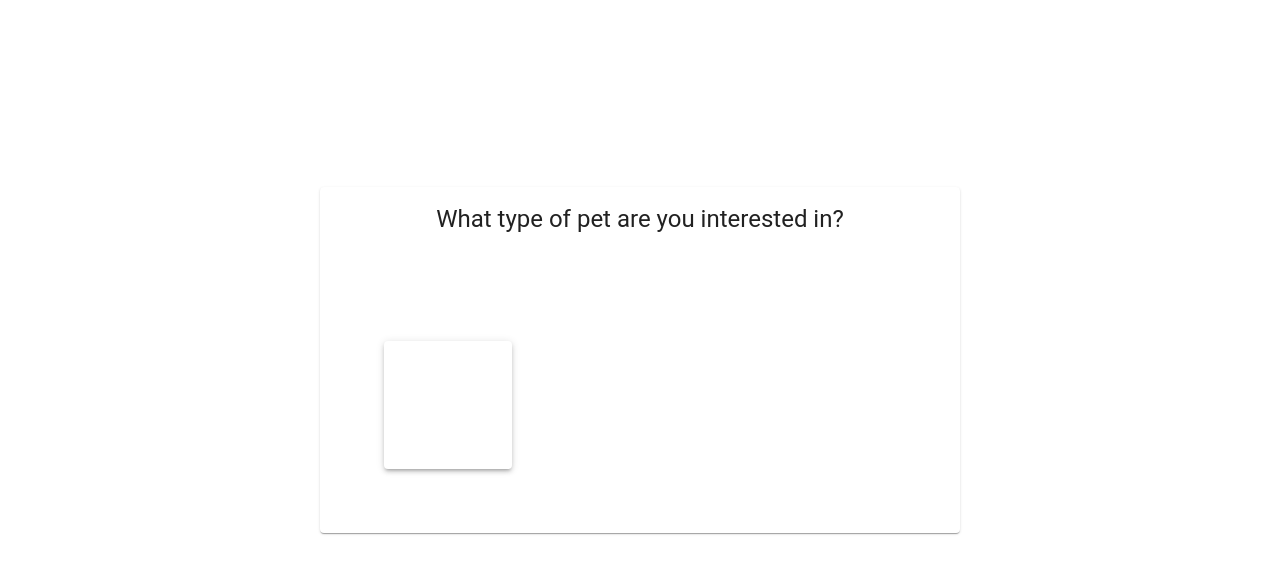
Repository: watthananick1/petstory
Page: /
The author's editor kept a copy of each file at every save. The page is drawn from the files as they stood at one save, then again after a run of saves.
The browser window is 1280 px wide. The pictures show the whole page.
The project was rebuilt for these pictures with package versions that can differ from the ones it lists, and the page was loaded fresh each time.

Above is the page before, as saved 2023-03-25 14:27:48.

### src/index.tsx
import React from 'react';
import ReactDOM from 'react-dom/client';
import './index.css';
import App from './App';
import reportWebVitals from './reportWebVitals';
import { BrowserRouter } from 'react-router-dom';

const root = ReactDOM.createRoot(document.getElementById('root') as HTMLElement);
root.render(
    <React.StrictMode>
        <BrowserRouter>
            <App />
        </BrowserRouter>
    </React.StrictMode>
);

// If you want to start measuring performance in your app, pass a function
// to log results (for example: reportWebVitals(console.log))
// or send to an analytics endpoint. Learn more: https://bit.ly/CRA-vitals
reportWebVitals();

### src/App.tsx
import logo from './assets/logo.svg';
import styles from './App.module.scss';
import { Menu } from './components/menu/menu';
import { Container } from './components/container/container';
import { Navbar } from './components/navbar/navbar';
import { Posts } from './components/posts/posts';
import Login from './components/login/login';
import SignUp from './components/sign-up/sign-up';
import CardTypePet from './components/card-type-pet/card-type-pet';
import { Route, Routes } from 'react-router';

function App() {
    return (
        // <div className={styles.App}>
        //     <Navbar />
        //     <Menu />
        //     <Container />
        //     <Posts />
        // </div>
        <div>
            <Routes>
                {/* <Route id="login" path="/" element={<Login />} />
                <Route id="signUp" path="/signUp" element={<SignUp />} /> */}
                {/* <Route path="/home" element={<Home />} /> */}
                <Route path="/" element={<CardTypePet />} />
            </Routes>
        </div>
    );
}

export default App;

### src/components/card-type-pet/card-type-pet.tsx
import * as React from 'react';
import { styled } from '@mui/material/styles';
import Box from '@mui/material/Box';
import ButtonBase from '@mui/material/ButtonBase';
import Typography from '@mui/material/Typography';
import { Card, CardContent, Paper } from '@mui/material';

const images = [
    {
        url: 'https://firebasestorage.googleapis.com/v0/b/pet-story-f51e3.appspot.com/o/mainData%2FimgTypePet%2Fcat.jpg?alt=media&token=758765ef-8887-4d21-88d9-0f803717e977',
        title: 'Cat',
        width: '30%',
    },
    {
        url: '/static/images/buttons/burgers.jpg',
        title: 'Burgers',
        width: '30%',
    },
    {
        url: '/static/images/buttons/camera.jpg',
        title: 'Camera',
        width: '30%',
    },
];

const ImageButton = styled(ButtonBase)(({ theme }) => ({
    position: 'relative',
    height: 200,
    [theme.breakpoints.down('sm')]: {
        width: '100% !important', // Overrides inline-style
        height: '5%',
    },
    '&:hover, &.Mui-focusVisible': {
        zIndex: 1,
        '& .MuiImageBackdrop-root': {
            opacity: 0.15,
        },
        '& .MuiImageMarked-root': {
            opacity: 0,
        },
        '& .MuiTypography-root': {
            border: '4px solid currentColor',
        },
    },
}));

const ImageSrc = styled('span')({
    position: 'absolute',
    left: 0,
    right: 0,
    top: 0,
    bottom: 0,
    backgroundSize: 'cover',
    backgroundPosition: 'center 40%',
});

const Image = styled('span')(({ theme }) => ({
    position: 'absolute',
    left: 0,
    right: 0,
    top: 0,
    bottom: 0,
    display: 'flex',
    alignItems: 'center',
    justifyContent: 'center',
    color: theme.palette.common.white,
}));

const ImageBackdrop = styled('span')(({ theme }) => ({
    position: 'absolute',
    left: 0,
    right: 0,
    top: 0,
    bottom: 0,
    backgroundColor: theme.palette.common.black,
    opacity: 0.4,
    transition: theme.transitions.create('opacity'),
}));

const Item = styled(Paper)(({ theme }) => ({
  ...theme.typography.body2,
  textAlign: 'center',
  color: theme.palette.text.secondary,
  height: 60,
  lineHeight: '60px',
}));

export default function CardTypePet() {
    return (
        <div style={{ display: 'flex', alignItems: 'center', height: '100vh'}}>
            <Card sx={{ minWidth: '50%', margin: '0 auto' }}>
                <CardContent>
                    <Typography gutterBottom variant="h5" style={{alignItems: 'center', textAlign: 'center', height: 50}} component="div">
                      What type of pet are you interested in?
                    </Typography >
                </CardContent>
                <Box
                  sx={{
                    display: 'flex',
                    flexWrap: 'wrap',
                    '& > :not(style)': {
                      m: 8,
                      width: 128,
                      height: 128,
                    },
                  }}
                >
                  <Paper elevation={3} />
                  {images.map((image) => (

                        <ImageButton
                            focusRipple
                            key={image.title}
                            style={{
                                width: 'auto',
                            }}
                            onClick={() => console.log(`Clicked on ${image.title}`)}
                        >
                            <ImageSrc style={{ backgroundImage: `url(${image.url})` }} />
                            <ImageBackdrop className="MuiImageBackdrop-root" />
                            <Image>
                                <Typography
                                    component="span"
                                    variant="subtitle1"
                                    color="inherit"
                                    sx={{
                                        position: 'relative',
                                        p: 4,
                                        pt: 2,
                                        pb: (theme) => `calc(${theme.spacing(1)} + 2px)`,
                                    }}
                                >
                                    {image.title}
                                </Typography>
                            </Image>
                        </ImageButton>
                    ))}
                </Box>
                {/* <Box sx={{ display: 'flex',maxWidth: '100%', width: '100%' }}>
                    {images.map((image) => (
                        <ImageButton
                            focusRipple
                            key={image.title}
                            style={{
                                width: 'auto',
                            }}
                            onClick={() => console.log(`Clicked on ${image.title}`)}
                        >
                            <ImageSrc style={{ backgroundImage: `url(${image.url})` }} />
                            <ImageBackdrop className="MuiImageBackdrop-root" />
                            <Image>
                                <Typography
                                    component="span"
                                    variant="subtitle1"
                                    color="inherit"
                                    sx={{
                                        position: 'relative',
                                        p: 4,
                                        pt: 2,
                                        pb: (theme) => `calc(${theme.spacing(1)} + 2px)`,
                                    }}
                                >
                                    {image.title}
                                </Typography>
                            </Image>
                        </ImageButton>
                    ))}
                </Box> */}
            </Card>
        </div>
    );
}

Loaded but not shown: public/index.html (common file); src/index.css (common file); src/reportWebVitals.ts (common file)

After the next 10 saves:
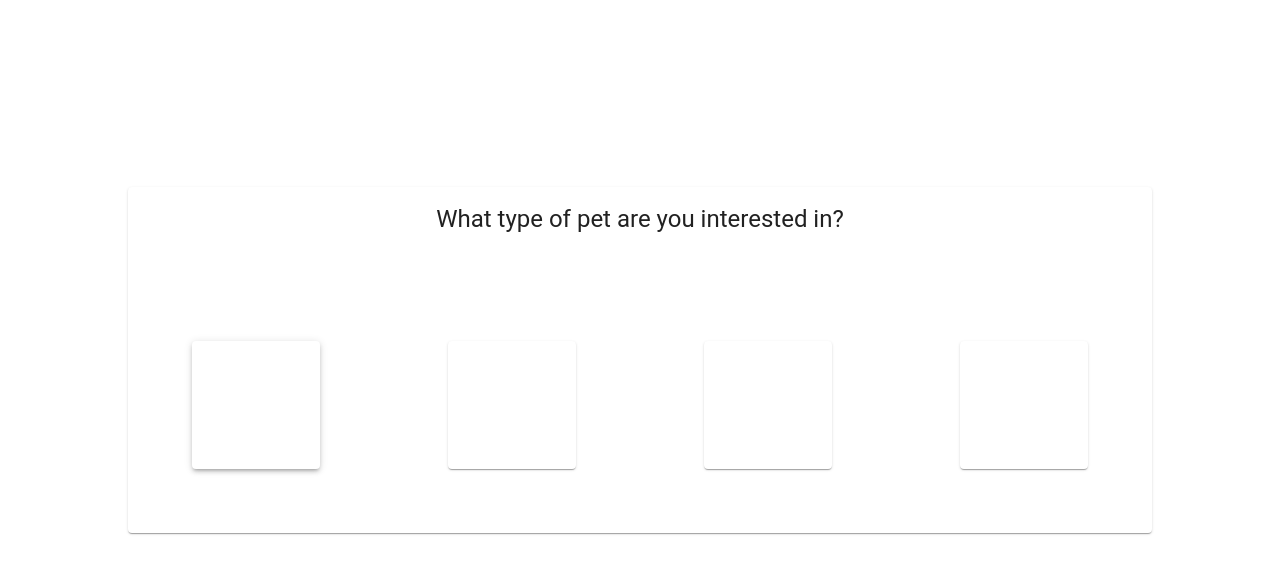
The 10 saves are shown as one change because 2 did not build or start and some came seconds apart.
The last was saved 72 s later.
--- a/src/components/card-type-pet/card-type-pet.tsx
+++ b/src/components/card-type-pet/card-type-pet.tsx
@@ -107,7 +107,7 @@ export default function CardTypePet() {
                 >
                   <Paper elevation={3} />
                   {images.map((image) => (
-
+                      <Item>
                         <ImageButton
                             focusRipple
                             key={image.title}
@@ -134,6 +134,7 @@ export default function CardTypePet() {
                                 </Typography>
                             </Image>
                         </ImageButton>
+                        </Item>
                     ))}
                 </Box>
                 {/* <Box sx={{ display: 'flex',maxWidth: '100%', width: '100%' }}>
